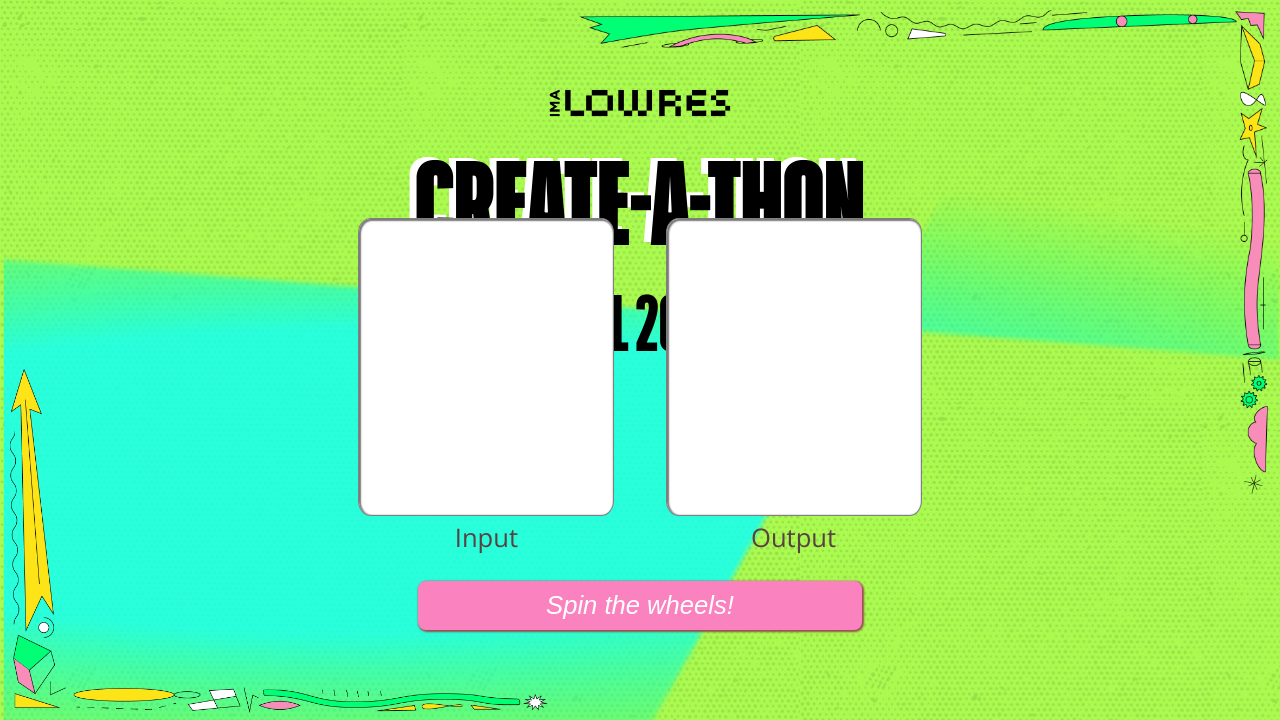
Repository: fakebrianho/IMA-Low-Res-Create-Athon-2022
Page: docs/project-generator/index.html
These files come from the project's save history. The page is drawn as it stood at one moment and after the next save; the edit follows.
The browser window is 1280 px wide. The pictures show the whole page.

Above is the page before, as saved 2022-10-26 23:38:19.
Not found: docs/project-generator/libraries/p5.dom.js
Not found: docs/project-generator/libraries/p5.js
Not found: docs/project-generator/libraries/p5.sound.js

After the next save:
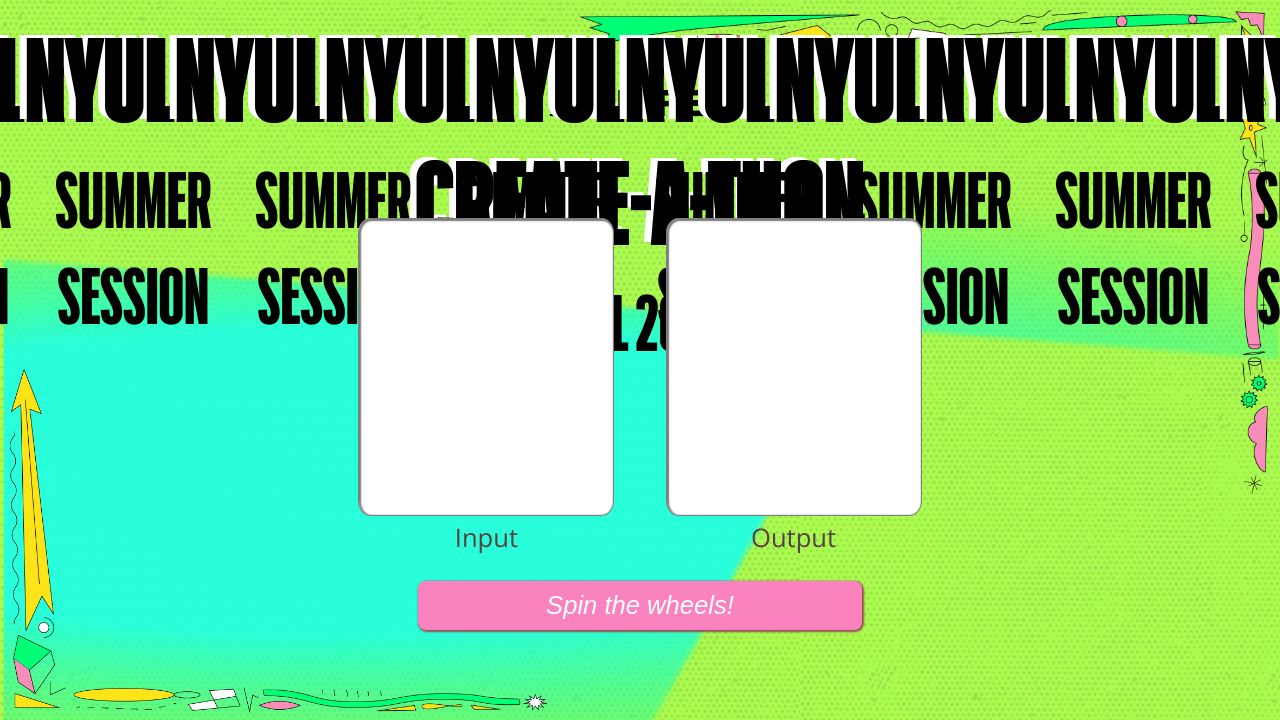
Saved 5 s later.
--- a/docs/project-generator/style.css
+++ b/docs/project-generator/style.css
@@ -68,7 +68,7 @@
 	width: 100%;
 	font-size: 16px;
 	font-weight: 800;
-	z-index: -1;
+	z-index: 0;
 }
 
 .fakeHeader h1,
